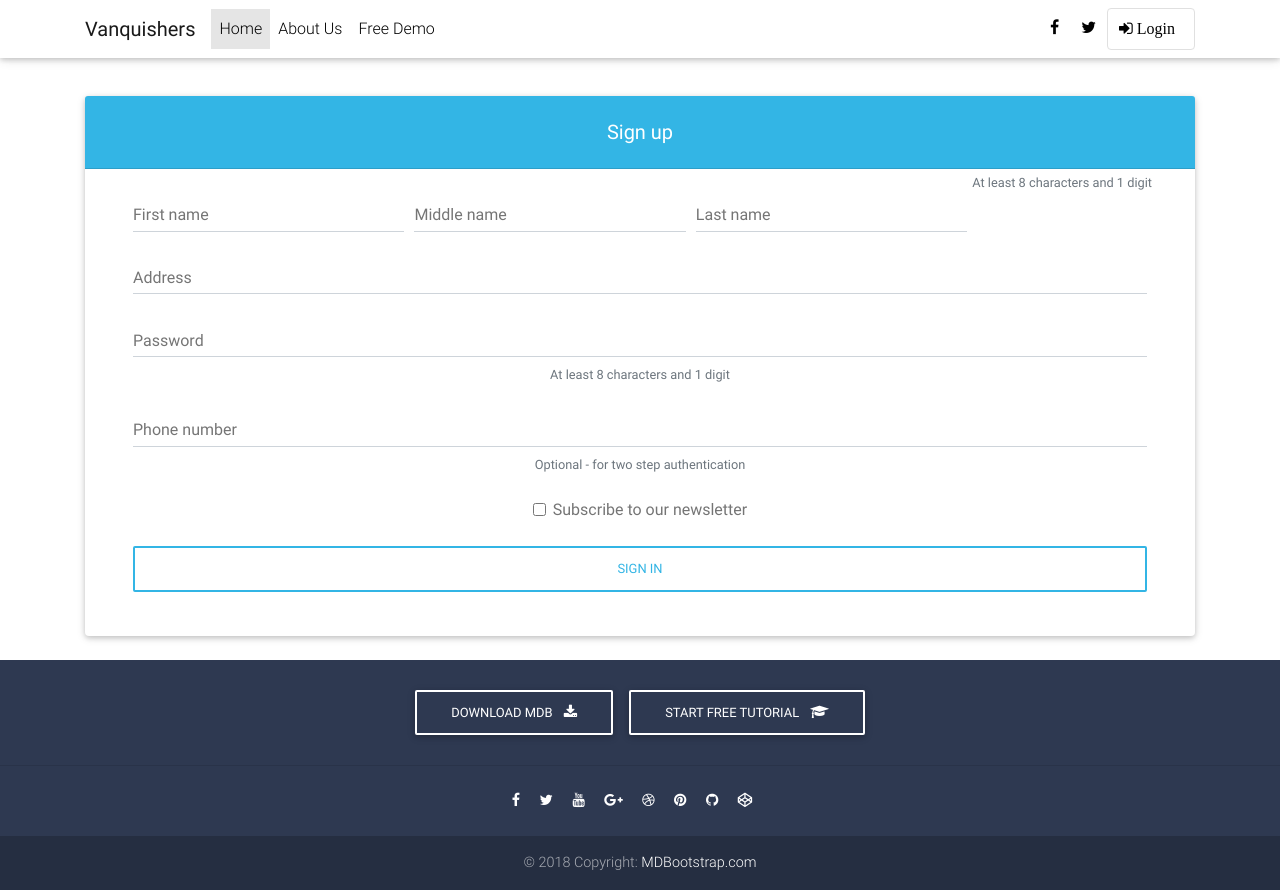
Repository: KJSCEhack/KJSCE_Vanquishers
Page: http://localhost/demo.php
These files come from the project's save history. The page is drawn as it stood at one moment and after the next save; the edit follows.
The browser window is 1280 px wide. The pictures show the whole page.
The page is run by PHP 8.4 with error messages shown; the project is at /var/www/html/.

Above is the page before, as saved 2018-10-06 09:09:30.

After the next save:
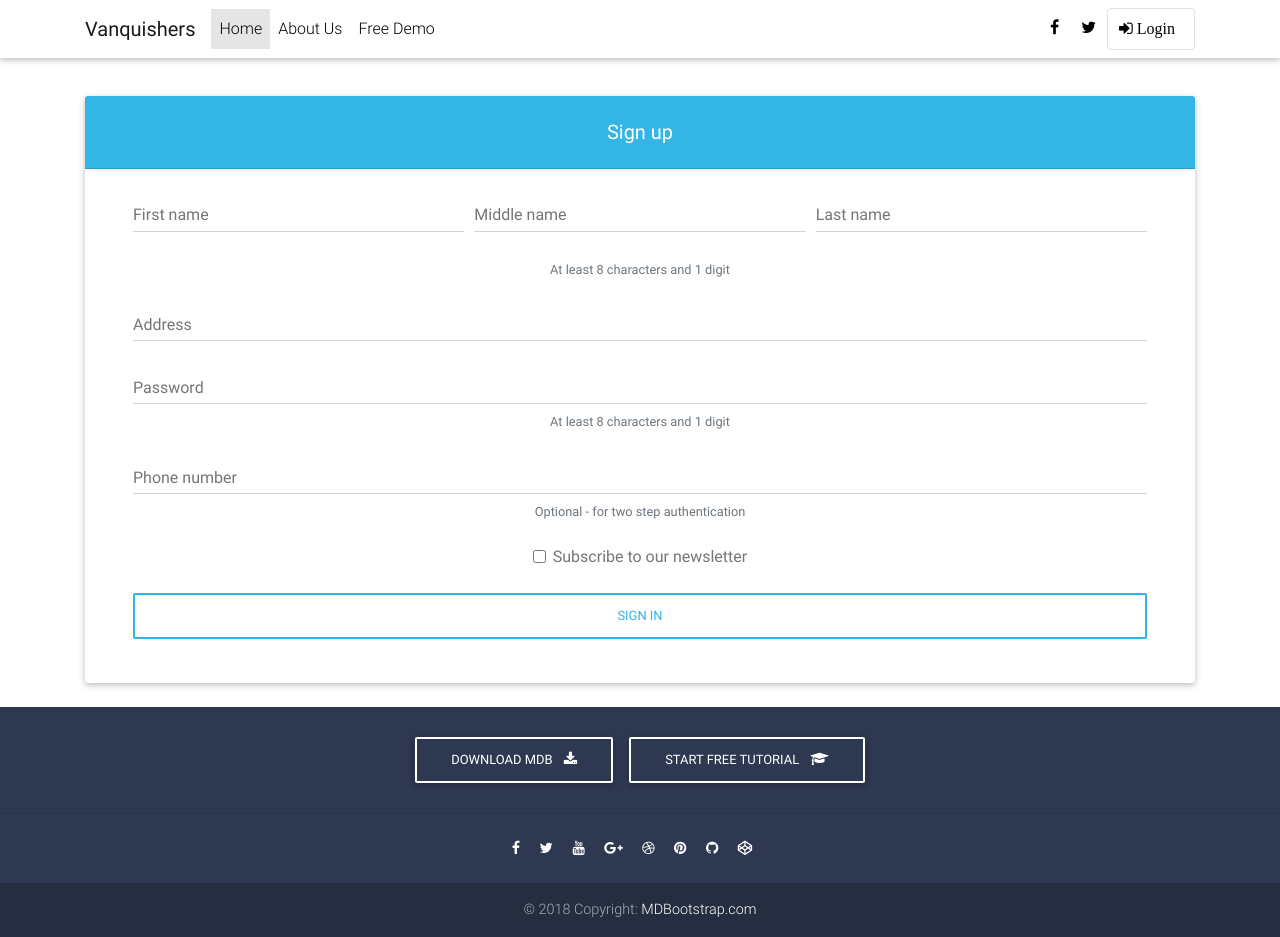
Saved 11 s later.
--- a/demo.php
+++ b/demo.php
@@ -137,10 +137,10 @@ mysqli_close($conn);
                                 <label for="materialRegisterFormLastName">Last name</label>
                             </div>
                         </div>
-                        <small id="materialRegisterFormPasswordHelpBlock" class="form-text text-muted mb-4">
+                    </div>
+                    <small id="materialRegisterFormPasswordHelpBlock" class="form-text text-muted mb-4">
                             At least 8 characters and 1 digit
                         </small>
-                    </div>
 
                     <!-- Address -->
                     <div class="md-form mt-0">
